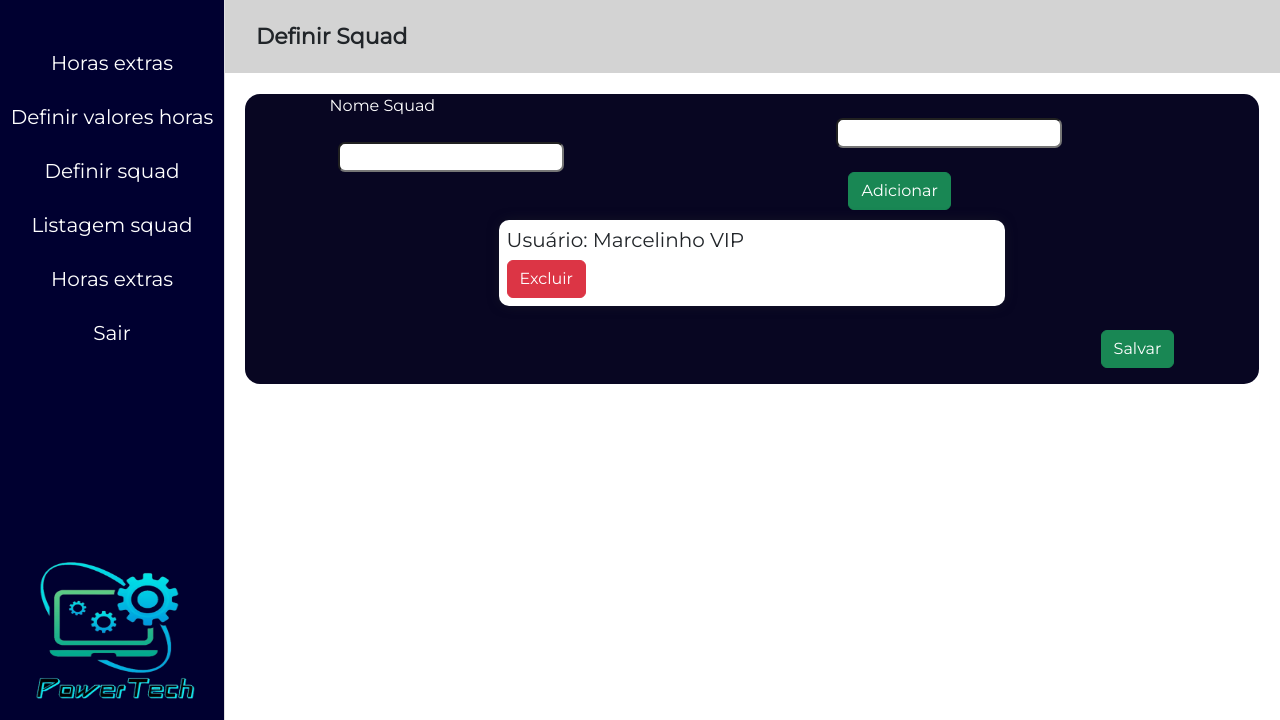
Repository: PowerTech-Fatec/API-2RP-NET
Page: /adm/squad (app in Sprint 3/2rp-web/)
The author's editor kept a copy of each file at every save. The page is drawn from the files as they stood at one save, then again after the next save.
The browser window is 1280 px wide. The pictures show the whole page.
The project was rebuilt for these pictures with package versions that can differ from the ones it lists, and the page was loaded fresh each time. Also part of the build but not shown: Sprint 3/2rp-web/src/pages/login/login.js, Sprint 3/2rp-web/src/pages/home/dashboard.js, Sprint 3/2rp-web/src/pages/home/sobreaviso/sobreaviso.css, Sprint 3/2rp-web/src/pages/home/sobreaviso/sobreaviso.js, Sprint 3/2rp-web/src/pages/home/hora-extra/hora-extra.css, Sprint 3/2rp-web/src/pages/home/hora-extra/hora-extra.js, Sprint 3/2rp-web/src/components/cards/Cards.js, Sprint 3/2rp-web/src/pages/home/gestor/aprovar-hora-extra/gestor.js and 3 more.

Above is the page before, as saved 2022-11-06 15:33:24.

After the next save:
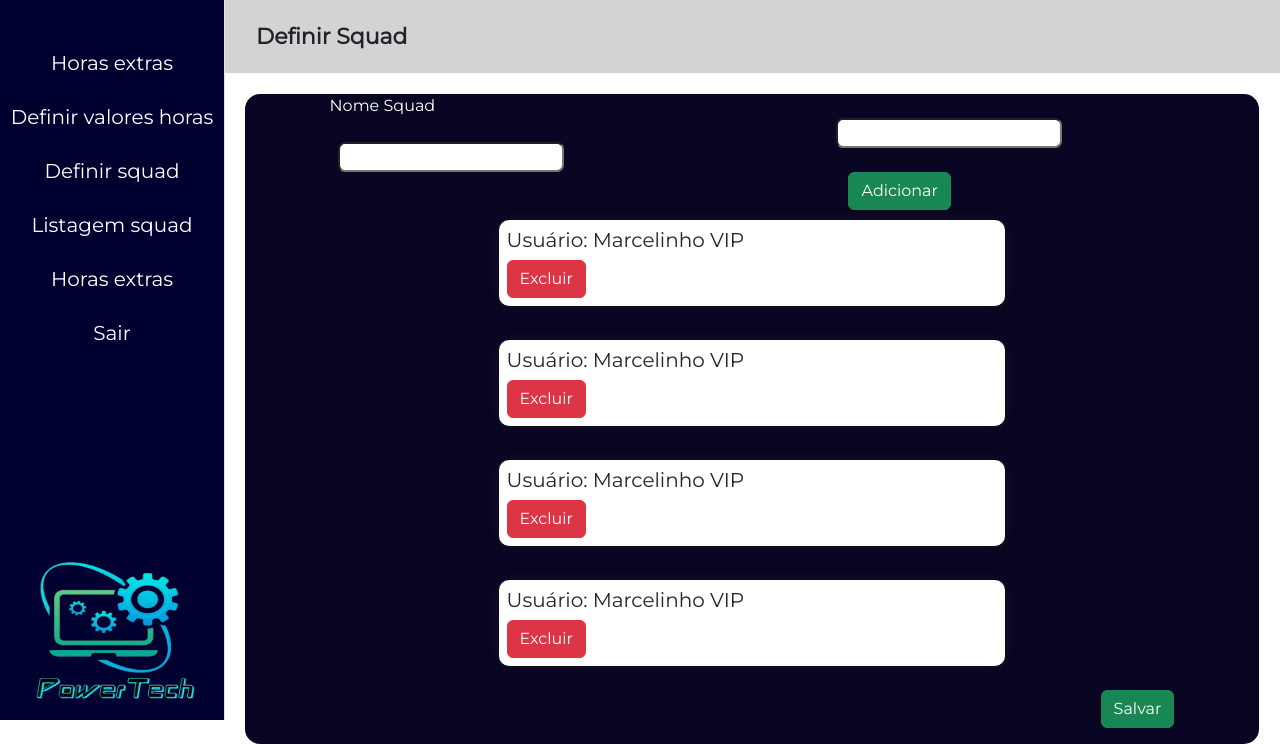
Saved 37 s later.
--- a/Sprint 3/2rp-web/src/pages/home/adm/squad/def-squad.js
+++ b/Sprint 3/2rp-web/src/pages/home/adm/squad/def-squad.js
@@ -40,6 +40,18 @@ function Squad() {
               Usuario = "Marcelinho VIP"
             />
 
+            <Card
+              Usuario = "Marcelinho VIP"
+            />
+
+            <Card
+              Usuario = "Marcelinho VIP"
+            />
+
+            <Card
+              Usuario = "Marcelinho VIP"
+            />
+
             </div>
 
               <div className="col-11 d-flex justify-content-end mb-3">
